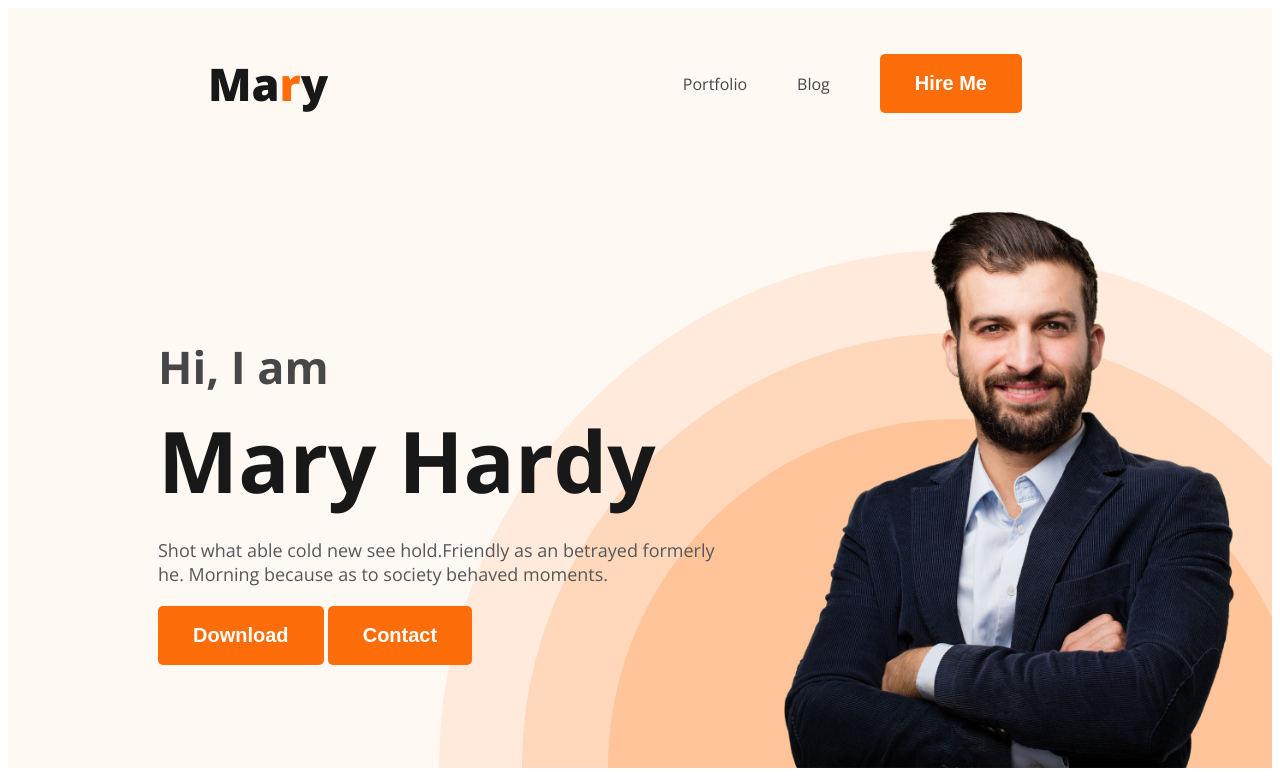
Repository: ShouravAhammed/Simple-Portfolio-Webpage
Page: index.html
The author's editor kept a copy of each file at every save. The page is drawn from the files as they stood at one save, then again after the next save.
The browser window is 1280 px wide. The pictures show the whole page.

Above is the page before, as saved 2024-01-06 01:04:35.

### index.html
<!DOCTYPE html>
<html lang="en">
<head>
    <meta charset="UTF-8">
    <meta name="viewport" content="width=device-width, initial-scale=1.0">
    <title>Mary</title>
    <link rel="stylesheet" href="index.css">
</head>
<body>
    <header class="header">
        <nav>
            <h3 class="nav-title">Ma<span class="text-primary">r</span>y</h3>
            <ul class="navber">
                <li><a href="">Portfolio</a></li>
                <li><a href="">Blog</a></li>
                <li><button class="btn-primary">Hire Me</button></li>
            </ul>
        </nav>
        <div class="banner">
            <div class="banner-content">
                <h3 class="banner-greeting">Hi, I  am</h3>
                <h1 class="banner-title">Mary Hardy</h1>
                <p class="banner-description">Shot what able cold new see hold.Friendly as an betrayed formerly he. Morning because as to society behaved moments.</p>
                <button class="btn-primary">Download</button>
                <button class="btn-primary">Contact</button>
            </div>
            <img class="profile-pic" src="images/hardy.png" alt="profile-pic">
        </div>
    </header>
    <main>

    </main>
    <footer>

    </footer>
</body>
</html>

### index.css
@import url('https://fonts.googleapis.com/css2?family=Lato:ital,wght@0,100;0,300;0,400;0,700;0,900;1,100;1,300;1,400;1,700;1,900&display=swap');
@import url('https://fonts.googleapis.com/css2?family=Open+Sans:ital,wght@0,300;0,400;0,500;0,600;0,700;0,800;1,300;1,400;1,500;1,600;1,700;1,800&display=swap');
/* google fonts import */
/* *{
    margin: 0;
    padding: 0;
    outline: 0;
} */
ul, ol{
    list-style: none;
}
body{
    font-family: 'Open Sans', sans-serif;
}
.text-primary{
    color: #FD6E0A;
}
.btn-primary{
    border-radius: 5px;
    color: #fff;
    background: #FD6E0A;
    font-size: 20px;
    font-weight: 700;
    padding: 18px 35px;
    border: 0;
}

/* nav related style */
nav{
    display: flex;
    justify-content: space-between;
    align-items: center;
    margin: 0 200px;
}
.nav-title{
    color: #181818;
    font-size: 45px;
    font-weight: 800;
}
nav > ul{
    display: flex;
    align-items: center;
}
nav li{
    margin-right: 50px;
}
nav a{
    text-decoration: none;
    color: #474747;
}
/* header related style */
.header{
    background: #FFF8F3;
    background-image: url(images/header_bg.png);
    background-position: bottom right;
    background-repeat: no-repeat;
}
.banner{
    display: flex;
    justify-content: space-between;
    padding: 30px 30px 0px 150px;
    align-items: center;
}
.banner-content{
    max-width: 580px;
}
.banner .profile-pic{
    width: 500px;
}
.banner-greeting{
    color: #474747;
    font-size: 45px;
    margin-bottom: 0;
}
.banner-title{
    color: #181818;
    font-size: 85px;
    font-weight: 700;
    margin-top: 5px;
    margin-bottom: 20px;
}
.banner-description{
    color: #575757;
    font-size: 18px;
    font-weight: 400;
    margin-bottom: 20px;
}

After the next save:
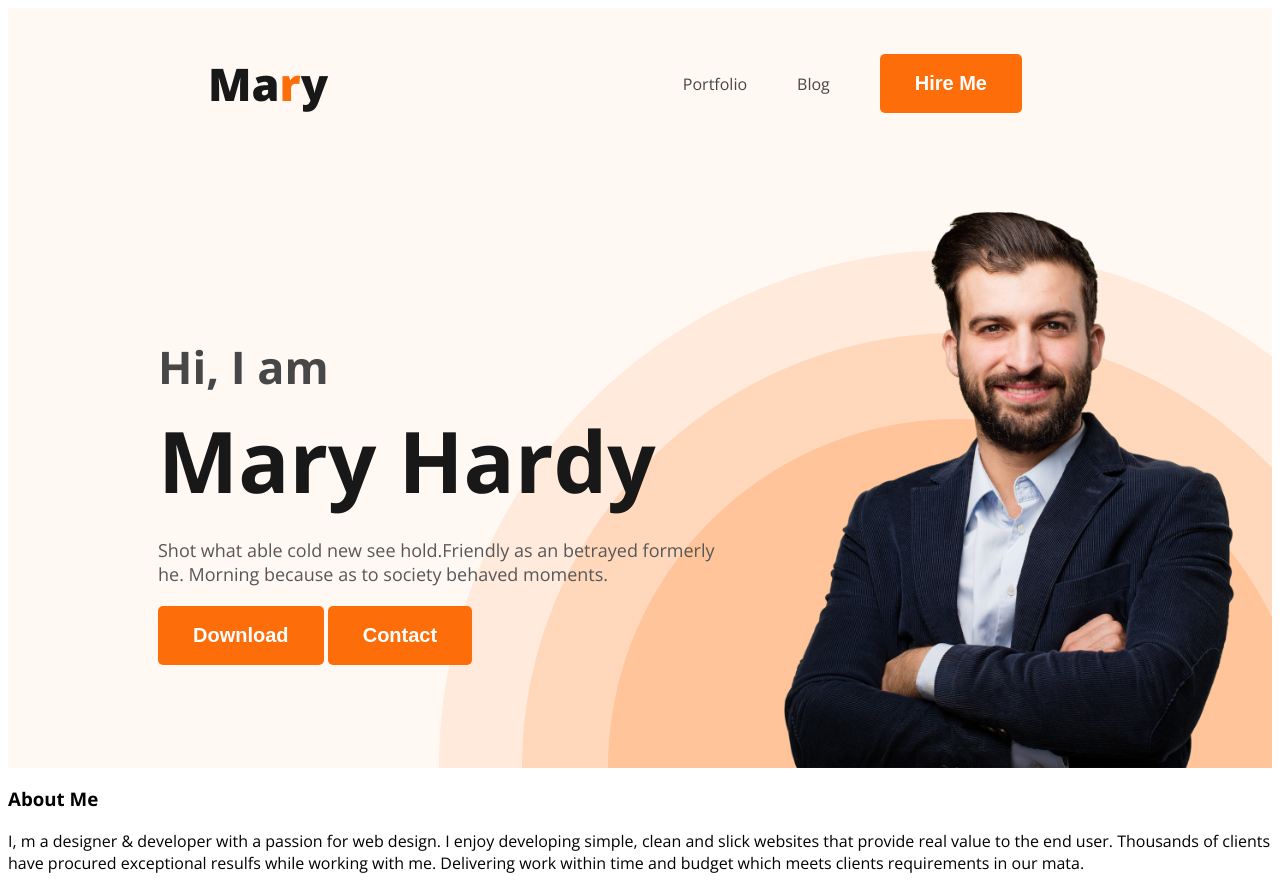
Saved 7 min 42 s later.
--- a/index.html
+++ b/index.html
@@ -28,7 +28,10 @@
         </div>
     </header>
     <main>
-
+        <section class="about">
+            <h3 class="section-title">About Me</h3>
+            <p class="section-description">I, m a designer & developer with a passion for web design. I enjoy developing simple, clean and slick websites that provide real value to the end user. Thousands of clients have procured exceptional resulfs while working with me. Delivering work within time and budget which meets clients requirements in our mata.</p>
+        </section>
     </main>
     <footer>
 
